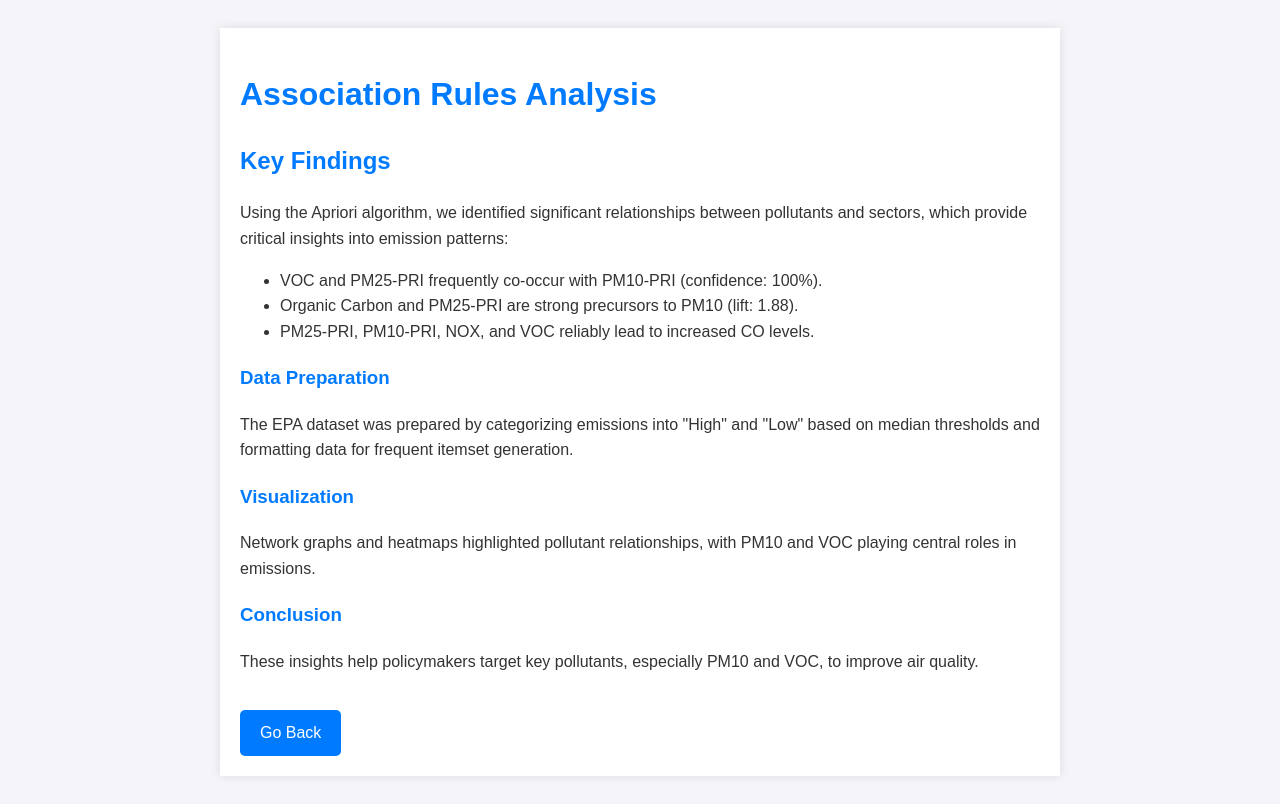
Repository: aminemnif/air-quality
Page: wafa_emissions_trend/templates/associationDetail.html
The author's editor kept a copy of each file at every save. The page is drawn from the files as they stood at one save, then again after the next save.
The browser window is 1280 px wide. The pictures show the whole page.
The template is drawn by Django 5.2. The application's start-up code is not run. The template is opened directly, without the code that normally fills it, so the values that code supplies are empty.

Above is the page before, as saved 2025-01-11 21:20:12.

After the next save:
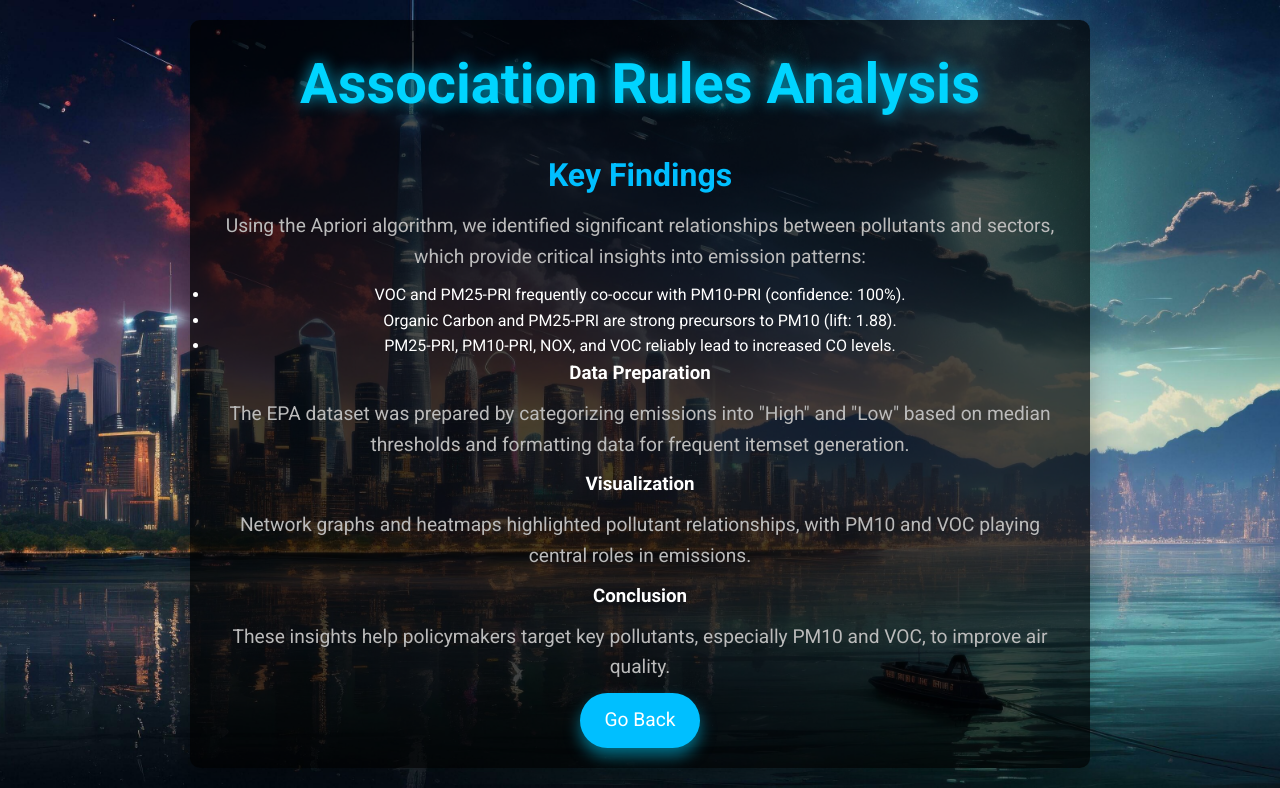
Saved 26 s later.
--- a/wafa_emissions_trend/templates/associationDetail.html
+++ b/wafa_emissions_trend/templates/associationDetail.html
@@ -1,39 +1,124 @@
+
 {% load static %}
 <!DOCTYPE html>
 <html lang="en">
 <head>
     <meta charset="UTF-8">
     <meta name="viewport" content="width=device-width, initial-scale=1.0">
-    <title>Association Rules - Detailed Report</title>
+    <title>Clustering Analysis of Air Quality & Respiratory Health</title>
+
+    <!-- Fonts and Icons -->
+    <link href="https://fonts.googleapis.com/css2?family=Roboto:wght@400;700&display=swap" rel="stylesheet">
+    <link rel="stylesheet" href="https://cdnjs.cloudflare.com/ajax/libs/font-awesome/6.0.0-beta3/css/all.min.css">
+
     <style>
+        /* General Reset */
+        * {
+            margin: 0;
+            padding: 0;
+            box-sizing: border-box;
+        }
+
         body {
-            font-family: 'Arial', sans-serif;
-            background: #f4f4f9;
+            font-family: 'Roboto', sans-serif;
+            background: url("{% static 'futuristic-cityscapes-with-neon-lights-and-cyberpunk-vibes-free-photo.jpg' %}") no-repeat center center;
+            background-size: cover;
             color: #333;
-            padding: 20px;
             line-height: 1.6;
         }
+
+        /* Navigation Bar */
+        nav {
+            position: sticky;
+            top: 0;
+            background: rgba(0, 0, 0, 0.6);
+            display: flex;
+            justify-content: space-between;
+            align-items: center;
+            padding: 15px 30px;
+            z-index: 1000;
+            box-shadow: 0 4px 8px rgba(0, 0, 0, 0.1);
+        }
+
+        nav .logo {
+            font-size: 2em;
+            font-weight: bold;
+            color: #00d4ff;
+            text-shadow: 0 0 10px rgba(0, 212, 255, 0.7);
+        }
+
+        nav ul {
+            list-style: none;
+            display: flex;
+        }
+
+        nav ul li {
+            margin: 0 20px;
+        }
+
+        nav ul li a {
+            text-decoration: none;
+            color: #00d4ff;
+            font-size: 1.2em;
+            font-weight: 600;
+            letter-spacing: 1px;
+            transition: color 0.3s ease;
+        }
+
+        nav ul li a:hover {
+            color: #00a0cc;
+        }
+
+        /* Container and Section Styling */
         .container {
-            max-width: 800px;
-            margin: 0 auto;
-            background: #fff;
+            max-width: 900px;
+            margin: 20px auto;
             padding: 20px;
-            box-shadow: 0 0 10px rgba(0, 0, 0, 0.1);
+            background: rgba(0, 0, 0, 0.7);
+            color: #fff;
+            border-radius: 10px;
+            box-shadow: 0 10px 30px rgba(0, 0, 0, 0.3);
+            text-align: center;
         }
-        h1, h2, h3 {
-            color: #007bff;
+
+        .container h1 {
+            font-size: 3.5em;
+            color: #00d4ff;
+            text-shadow: 0 0 15px rgba(0, 212, 255, 0.7);
+            margin-bottom: 20px;
         }
-        a.back-button {
+
+        h2 {
+            color: #00bfff;
+            font-size: 2em;
+            margin-top: 20px;
+        }
+
+        p {
+            color: #bbb;
+            font-size: 1.2em;
+            margin: 10px 0;
+        }
+
+        .button-container {
+            margin-top: 30px;
+        }
+
+        .back-button {
             display: inline-block;
-            margin-top: 20px;
-            padding: 10px 20px;
+            padding: 12px 25px;
+            font-size: 1.2em;
             color: #fff;
-            background: #007bff;
+            background: #00bfff;
             text-decoration: none;
-            border-radius: 5px;
+            border-radius: 50px;
+            box-shadow: 0 8px 15px rgba(0, 212, 255, 0.5);
+            transition: all 0.3s ease;
         }
-        a.back-button:hover {
-            background: #0056b3;
+
+        .back-button:hover {
+            background: #0097b8;
+            box-shadow: 0 10px 25px rgba(0, 151, 184, 0.4);
         }
     </style>
 </head>
